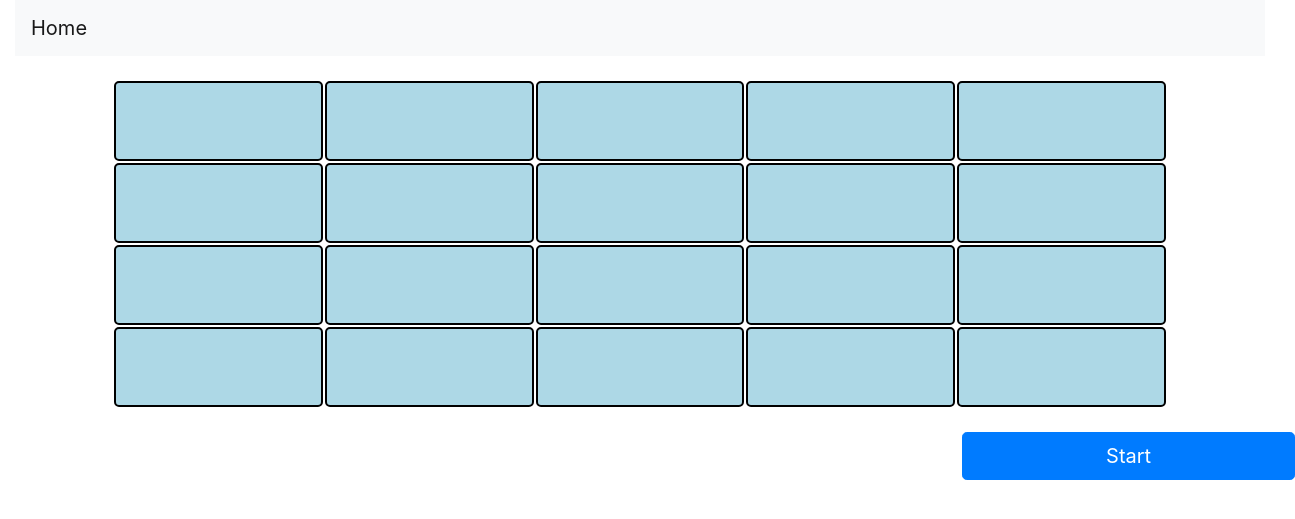
Repository: chrisrees85/memory-block
Page: hard.html
The author's editor kept a record of every edit. The page is drawn from the files as they stood at one moment, then again after the next edit.
The browser window is 1280 px wide. The page is 1295 px wide, then 1280 px, so the pictures cover 1295 px, including what lies to the right of the window. The pictures show the whole page.

Above is the page before.

After the next edit:
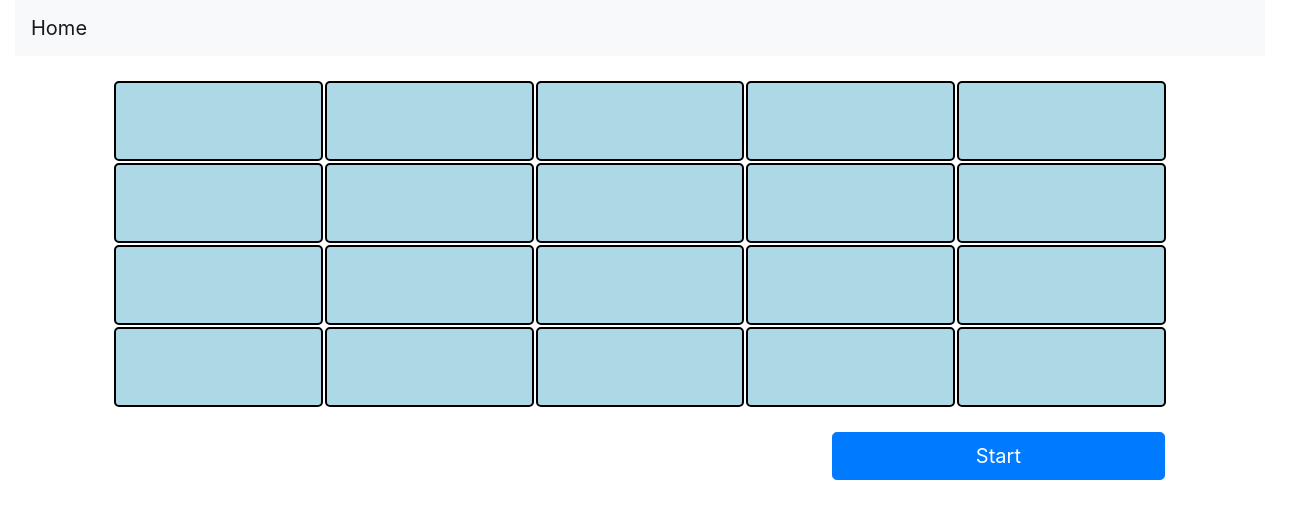
The edit:
--- a/assets/css/style.css
+++ b/assets/css/style.css
@@ -22,6 +22,7 @@
 }
 
 .btn-right{
+  margin-right:9vw;
   float:right;
 }
 
